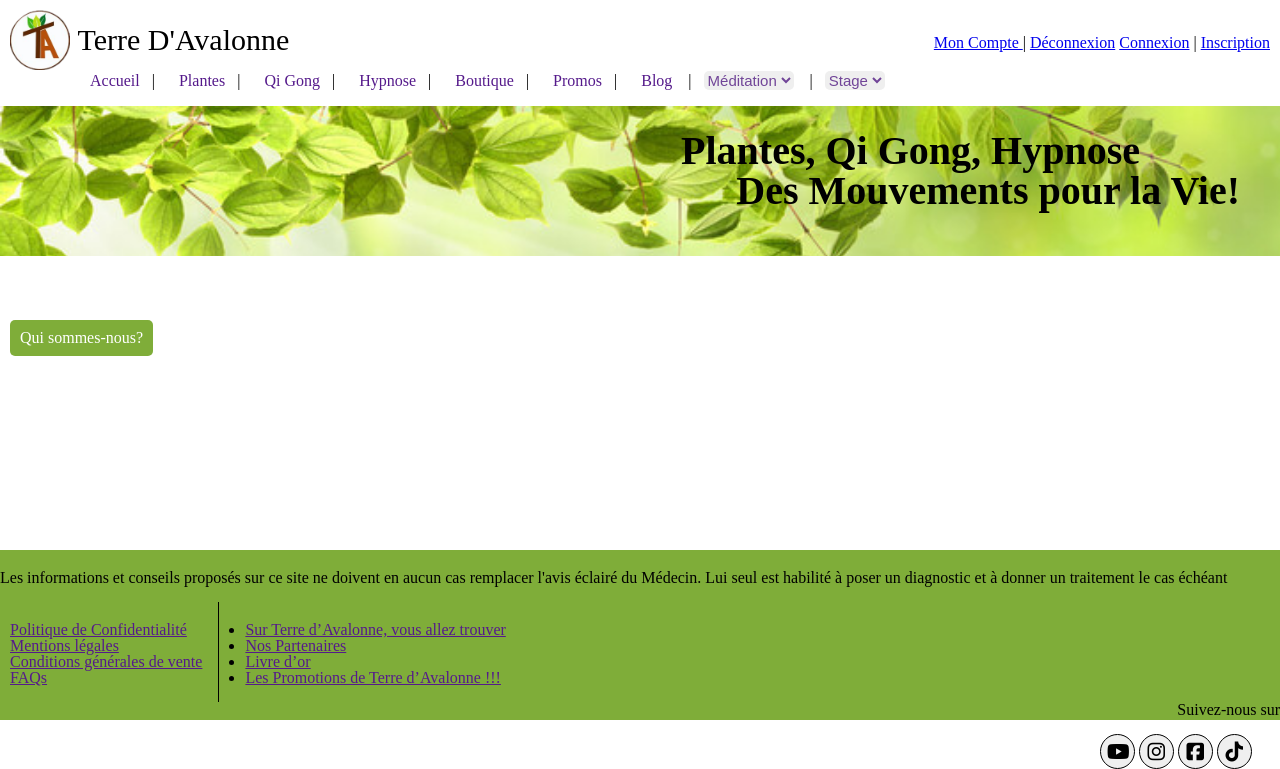
Repository: Michelhof1978/TerreDavalonne
Page: templates/base.html
These files come from the project's save history. The page is drawn as it stood at one moment and after a run of saves; the edit follows.
The browser window is 1280 px wide. The pictures show the whole page.
Some web fonts or font styles are not loaded; a fallback is used. Some web libraries are served in a nearby version.

Above is the page before, as saved 2022-05-04 16:01:23.

### templates/base.html
<!DOCTYPE html>
<html lang="fr">

<head>
  <meta charset="UTF-8">
  <meta http-equiv="X-UA-Compatible" content="IE=edge">
  <meta name="viewport" content="width=device-width, initial-scale=1.0">
  <title>Newsletter</title>
  <link rel="stylesheet" href="/assets/reset.css" type="text/css">
  <script src="https://kit.fontawesome.com/a9becd4f18.js" crossorigin="anonymous"></script>
  <link rel="preconnect" href="https://fonts.googleapis.com">
  <link rel="preconnect" href="https://fonts.gstatic.com" crossorigin>
  <link
    href="https://fonts.googleapis.com/css2?family=Cairo:wght@500&family=Dancing+Script:wght@600;700&family=Ms+Madi&family=Updock&display=swap"
    rel="stylesheet">
</head>

<body>
  <header>
    <div style="float: left; padding:auto">
      <img class="logoTerreDavalonne" src="/assets/img/logoTerreDavalonne.png" alt="logo terre d'avalonne">
    </div>
    <div style="padding:10px">
      <h1 style="margin-top:15px">&nbspTerre D'Avalonne</h1>
    </div>

    <div class="login">

      <a href="{{path('account')}}">Mon Compte <small> </small></a> | <a href="{{path('app_logout')}}">Déconnexion</a>

      <a href="{{path('app_login')}}">Connexion</a> | <a href="{{path('registrer')}}">Inscription</a>

    </div>
    </div>


    <nav>
      <ul class="nav">
        <li class="nav-item">
          <a class="nav-link" href="">Accueil</a>&nbsp&nbsp&nbsp|
        </li>

        <li class="nav-item">
          <a class="nav-link" href="">Plantes</a>&nbsp&nbsp&nbsp|
        </li>

        <li class="nav-item">
          <a class="nav-link" href="">Qi Gong</a>&nbsp&nbsp&nbsp|
        </li>

        <li class="nav-item">
          <a href="">Hypnose</a>&nbsp&nbsp&nbsp|
        </li>

        <li class="nav-item">
          <a class="nav-link" href="">Boutique</a>&nbsp&nbsp&nbsp|
        </li>

        <li class="nav-item">
          <a class="nav-link" href="">Promos</a>&nbsp&nbsp&nbsp|
        </li>

        <li class="nav-item">
          <a class="nav-link" href="">Blog </a>&nbsp&nbsp&nbsp|&nbsp&nbsp
        </li>

        <select class=form-control>
          <option value=un>Méditation</option>
          <option value=deux>Deux</option>
          <option value=trois>Trois</option>
        </select>
        &nbsp&nbsp&nbsp|&nbsp&nbsp
        <select class=form-control>
          <option value=un>Stage</option>
          <option value=deux>Deux</option>
          <option value=trois>Trois</option>
        </select>
      </ul>

    </nav>




  </header>

  <div class="banniere">
    <div class="btn-banniere">
      <a class="link-banniere" href="">Qui sommes-nous?</a>
    </div>

    <div class="textBaniere ">Plantes, Qi Gong, Hypnose &nbsp&nbsp&nbsp&nbsp&nbsp&nbsp&nbsp&nbsp&nbsp<br>
      Des Mouvements pour la Vie!
    </div>
  </div>


















  <footer>
    <p> Les informations et conseils proposés sur ce site ne doivent en aucun cas remplacer l'avis éclairé du Médecin.
      Lui seul est habilité à poser un diagnostic et à donner un traitement le cas échéant
    </p>
    <div style="display: flex;">
      <ul class="ulFooter">
        <li>
          <a href="">Politique de Confidentialité</a>
        </li>
        <li>
          <a href="">Mentions légales</a>
        </li>
        <li class>
          <a href="">Conditions générales de vente</a>
        </li>
        <li class>
          <a href="">FAQs</a>
        </li>
      </ul>
      <div class="footer-separator"></div>
      <ul class="ulFooter">
        <li>
          <a href="">Sur Terre d’Avalonne, vous allez trouver</a>
        </li>
        <li>
          <a href="">Nos Partenaires</a>
        </li>
        <li class>
          <a href="">Livre d’or</a>
        </li>
        <li class>
          <a href="">Les Promotions de Terre d’Avalonne !!!</a>
        </li>
      </ul>
    </div>

    <div class="reseaux">
      <p class="suivez-nous">Suivez-nous sur</p>
      <div class="reseauButton">
        <button class="reseaux1"><a href="https://www.youtube.com/results?search_query=terre+d%27avalonne" <i
            class="fa-brands fa-youtube" style="font-size:20px;text-decoration:none;color:black;"></i></a></button>
        <button class="reseaux2"><a href="https://www.instagram.com/terredavalonne/" <i class="fa fa-instagram"
            style="font-size:20px;text-decoration:none;color:black;"></i></a></button>
        <button class="reseaux3"><a href="https://www.facebook.com/Avalonne.naturopathe.lyon/" <i
            class="fa-brands fa-facebook-square"
            style="font-size:20px;text-decoration:none;color:black;"></i></a></button>
        <button class="reseaux4"><a href="https://www.tiktok.com/@terre_d_avalonne" <i class="fa-brands fa-tiktok"
            style="font-size:20px;text-decoration:none;color:black;"></i></a></button>

      </div>

  </footer>



</body>

<style>
  .logoTerreDavalonne {
    width: 60px;
    height: 60px;
    margin-left: 10px;
    margin-top: 10px;
  }

  h1 {
    font-size: 30px;
    margin: auto;
  }

  .login {
    text-align: end;
    color: black;
    text-decoration: none;
    margin-right: 10px;
    margin-top: -30px;
  }

  ul {
    padding-top: 20px;
    font-size: 1rem;

  }

  .nav-item {
    display: inline;
    padding-left: 20px;

  }

  nav a {
    text-decoration: none;
  }


  nav a:hover {
    color: #0d3d9e;
  }

  .form-control {
    border-radius: 5px;
    border: 0px solid;
    font-size: 15px;
    color: rgba(89, 37, 135, 0.845);
  }

  .banniere {
    background-image: url("/assets/img/BanniereProvisoir.jpg");
    background-size: 100%;
    height: 150px;

  }



  .textBaniere {

    padding-right: 40px;
    font-size: 40px;
    text-align: right;
    padding-top: 25px;
    font-weight: 600;
    font-family: 'Cairo', sans-serif;
    font-family: 'Dancing Script', cursive;
    font-family: 'Ms Madi', cursive;
    font-family: 'Updock', cursive;

  }

  .link-banniere{
    text-decoration: none;
    color: white;
  }

  .btn-banniere {

    background-color: #7FAD39;
    padding: 10px;
    border-radius: 5px;
    cursor: pointer;
    position: absolute;
    top: 43%;
    margin: 10px;
    text-decoration: none;
    color: white;

  }

  .btn-banniere:hover {
    background-color: #99f80a;
  }


  .reseauButton {
    padding-right: 28px;
  }

  footer {
    position: absolute;
    bottom: 0;
    width: 100%;
    height: 150px;
    background-color: #7FAD39;
    padding-top: 20px;
  }

  .ulFooter {
    text-align: left;
    padding-left: 10px;

  }



  .footer-separator {
    width: 1px;
    margin-left: 16px;
    margin-right: 16px;
    background-color: #000;
  }

  .reseaux {
    text-align: end;
  }

  .reseaux1,
  .reseaux2,
  .reseaux3,
  .reseaux4 {
    height: 35px;
    width: 35px;
    border-radius: 50%;
    border: 1px solid #000;
    text-align: end;
    padding-right: 8px;
  }

  .reseaux1:hover {

    background-color: rgba(224, 107, 107, 0.919);
  }

  .reseaux2:hover {
    background-color: rgba(168, 73, 168, 0.848);
  }

  .reseaux3:hover {
    background-color: rgba(63, 162, 189, 0.554);
  }

  .reseaux4:hover {
    background-color: rgb(230, 157, 12);
  }
</style>

</html>

### assets/reset.css

  html,
  body,
  div,
  span,
  applet,
  object,
  iframe,
  h1,
  h2,
  h3,
  h4,
  h5,
  h6,
  p,
  blockquote,
  pre,
  a,
  abbr,
  acronym,
  address,
  big,
  cite,
  code,
  del,
  dfn,
  em,
  img,
  ins,
  kbd,
  q,
  s,
  samp,
  small,
  strike,
  strong,
  sub,
  sup,
  tt,
  var,
  b,
  u,
  i,
  center,
  dl,
  dt,
  dd,
  ol,
  ul,
  li,
  fieldset,
  form,
  label,
  legend,
  table,
  caption,
  tbody,
  tfoot,
  thead,
  tr,
  th,
  td,
  article,
  aside,
  canvas,
  details,
  embed,
  figure,
  figcaption,
  footer,
  header,
  hgroup,
  menu,
  nav,
  output,
  ruby,
  section,
  summary,
  time,
  mark,
  audio,
  video {
    margin-left: 0;
    margin-right: 0;
    margin-top: 0;
    padding: 0;
    border: 0;
    font-size: 100%;
    font: inherit;
    vertical-align: baseline;
  }

  /* HTML5 display-role reset for older browsers */
  article,
  aside,
  details,
  figcaption,
  figure,
  footer,
  header,
  hgroup,
  menu,
  nav,
  section {
    display: block;
  }

  body {
    line-height: 1;
  }

After the next 4 saves:
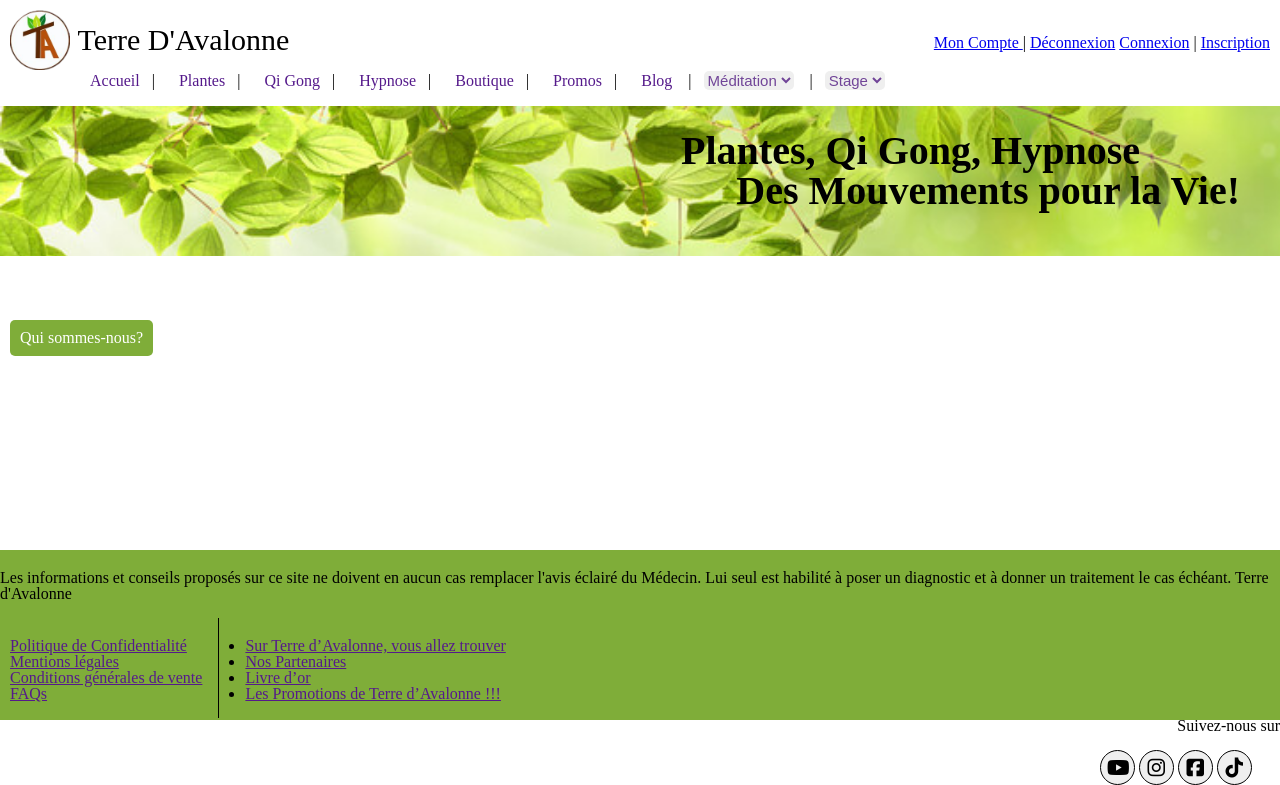
The 4 saves are shown as one change because they came seconds apart.
The last was saved 14 s later.
--- a/templates/base.html
+++ b/templates/base.html
@@ -113,7 +113,7 @@
 
   <footer>
     <p> Les informations et conseils proposés sur ce site ne doivent en aucun cas remplacer l'avis éclairé du Médecin.
-      Lui seul est habilité à poser un diagnostic et à donner un traitement le cas échéant
+      Lui seul est habilité à poser un diagnostic et à donner un traitement le cas échéant. Terre d'Avalonne
     </p>
     <div style="display: flex;">
       <ul class="ulFooter">
